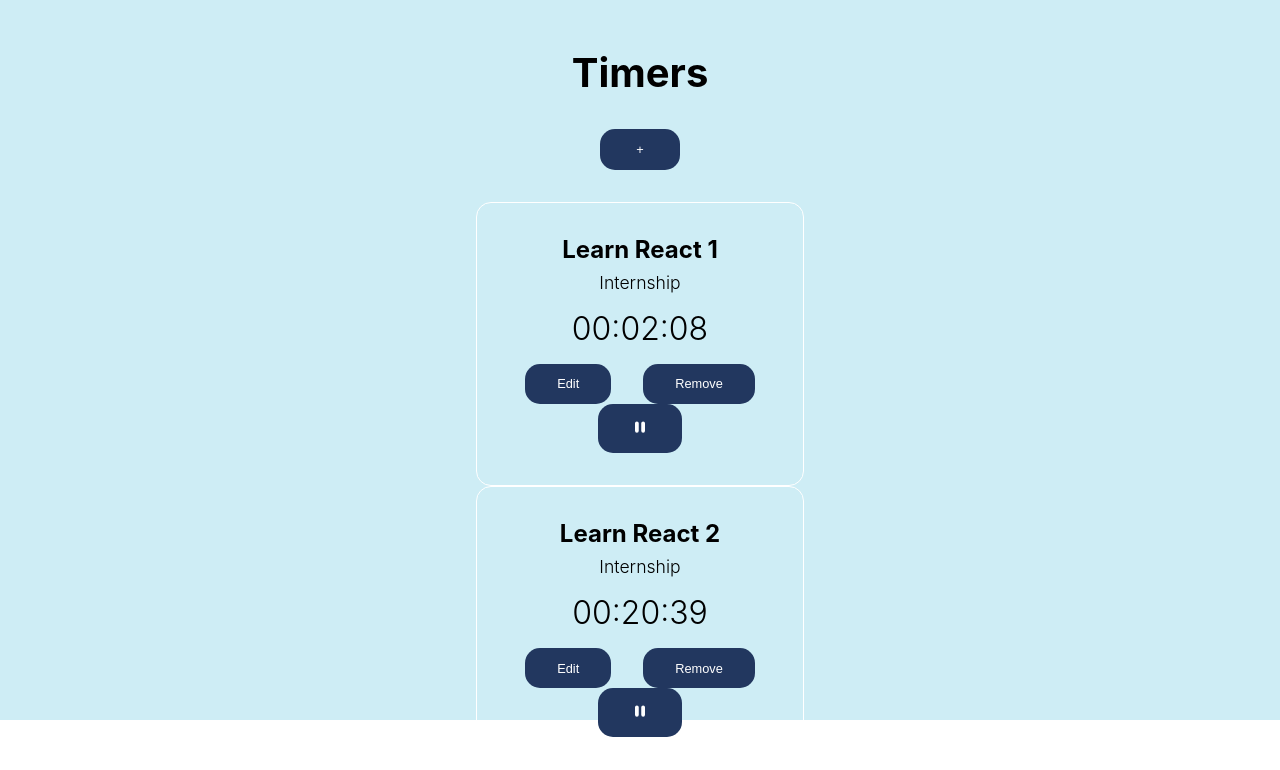
Repository: dqhuy153/react-timer
Page: /
The author's editor kept a copy of each file at every save. The page is drawn from the files as they stood at one save, then again after the next save.
The browser window is 1280 px wide. The pictures show the whole page.
The project was rebuilt for these pictures with package versions that can differ from the ones it lists, and the page was loaded fresh each time. Also part of the build but not shown: src/components/TimerForm/TimerForm.module.scss, src/components/TimerForm/index.jsx, src/components/EditableTimerForm/EditableTimerForm.module.scss.

Above is the page before, as saved 2021-10-26 17:33:41.

After the next save:
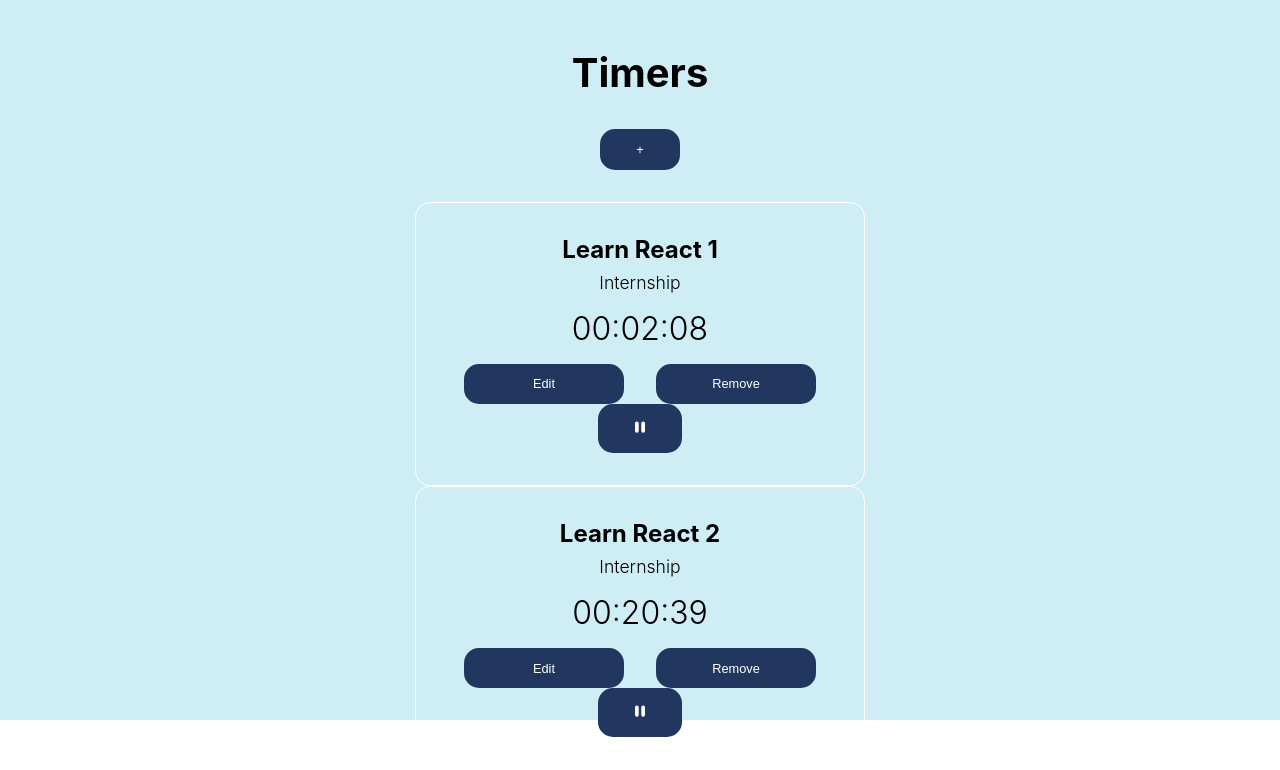
Saved 15 s later.
--- a/src/components/Timer/Timer.module.scss
+++ b/src/components/Timer/Timer.module.scss
@@ -27,6 +27,7 @@
   .btn_container {
     .btn {
       margin: 0 1rem;
+      min-width: 10rem;
     }
   }
 }
